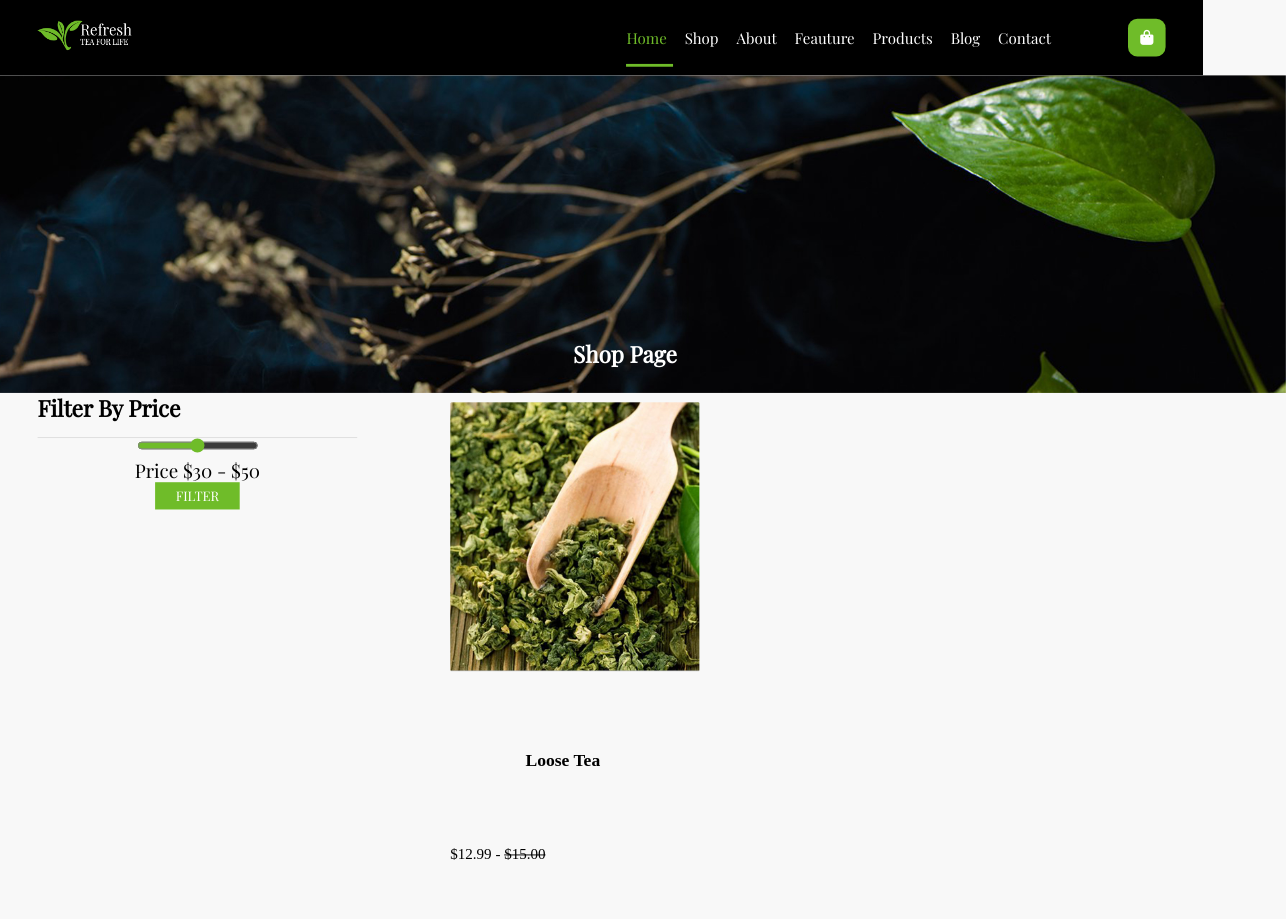
Repository: 52hzwhaleblue/school_teashop
Page: shop.html
An editor plug-in stored every save of this project. The page is shown before and after the next save, followed by the edit.
The browser window is 1280 px wide. The page is 1368 px wide, so the pictures cover 1368 px, including what lies to the right of the window. The pictures show the whole page, at 94% of full size.
Some web libraries are served in a nearby version.

Above is the page before, as saved 2022-04-27 21:26:52.

### shop.html
<!DOCTYPE html>
<html lang="en">

<head>
    <meta charset="UTF-8">
    <meta http-equiv="X-UA-Compatible" content="IE=edge">
    <meta name="viewport" content="width=device-width, initial-scale=1.0">

    <!-- Style CSS -->
    <link rel="stylesheet" href="./style.css" stylesheet="text/style.css" />

    <!-- googel fonts -->
    <link rel="preconnect" href="https://fonts.googleapis.com" />
    <link rel="preconnect" href="https://fonts.gstatic.com" crossorigin />
    <link href="https://fonts.googleapis.com/css2?family=Playfair+Display&display=swap" rel="stylesheet" />

    <!-- cdn -->
    <link rel="stylesheet" href="https://cdnjs.cloudflare.com/ajax/libs/font-awesome/6.1.1/css/all.min.css" integrity="sha512-KfkfwYDsLkIlwQp6LFnl8zNdLGxu9YAA1QvwINks4PhcElQSvqcyVLLD9aMhXd13uQjoXtEKNosOWaZqXgel0g==" crossorigin="anonymous" referrerpolicy="no-referrer"
    />

    <!-- App.js -->
    <script src="./app.js">
    </script>

    <title>Shop</title>
</head>

<body>
    <!-- header -->
    <div class="header-wrapper">
        <div class="center">
            <div class="row">
                <div class="logo">
                    <img src="./images/logo.png" alt="" />
                </div>

                <div class="menu">
                    <ul>
                        <li class="active"><a href="#">Home</a></li>
                        <li><a href="#">Shop</a></li>
                        <li><a href="#">About</a></li>
                        <li><a href="#">Feauture</a></li>
                        <li><a href="#">Products</a></li>
                        <li><a href="#">Blog</a></li>
                        <li><a href="#">Contact</a></li>
                    </ul>
                </div>

                <div class="cart">
                    <i class="fa-solid fa-bag-shopping"></i>
                </div>
            </div>
        </div>
    </div>

    <!-- silder -->
    <div class="slider-wrapper">
        <div class="slider-img">
            <img src="./images/shop-slide.jpg" alt="" />

            <div class="center">
                <div class="shop-slide-content">
                    <h2 class="heading">Shop Page</h2>
                </div>
            </div>
        </div>
    </div>


    <div class="shop-page-wrapper">
        <div class="center">
            <div class="box-shop-page">
                <!-- filter by price -->
                <div class="price-filter-wrapper">
                    <div class="box-price-filter">
                        <h4>filter by price</h4>
                        <div class="price-range-bar">
                            <form class="multi-range-field my-5 pb-5">
                                <input id="multi3" class="multi-range" type="range" />
                            </form>

                            <div class="price-range">
                                <span>Price</span>
                                <span> $30 </span> -
                                <span> $50 </span>
                            </div>

                            <div class="filter-btn">
                                <p>filter</p>
                            </div>
                        </div>
                    </div>
                </div>

                <!-- shop-product -->
                <div class="shop-product-wrapper">
                   <div class="row">
                       <div class="col-1">
                           <img src="images/product-1.jpg">
                           <h3 class="title">Loose Tea</h3>
                           <p>$12.99 - <del>$15.00</del></p>
                       </div>
                   </div>
                </div>
            </div>

        </div>
    </div>

</body>

</html>

### style.css
* {
    padding: 0;
    margin: 0;
}

body {
    background-color: #f8f8f8;
}


/* header */

.header-wrapper {
    margin: 0 auto;
    background-color: #000000;
    position: sticky;
    top: 0;
    z-index: 1;
}

.center {
    width: 1200px;
    margin: 0 auto;
}

.header-wrapper .row {
    display: flex;
    justify-content: space-between;
    align-items: center;
    padding: 20px 0;
}


/* logo */

.logo {
    width: 50.0450045005%;
}

.logo img {
    width: 100px;
}


/* menu */

.menu {
    width: 42.304230423%;
}

.menu ul li.active a {
    color: #6fbc29;
}

.menu ul li {
    display: inline-block;
    padding-right: 15px;
    position: relative;
}

.menu ul li:after {
    content: " ";
    width: 50px;
    border-bottom: 3px #6fbc29 solid;
    /* background-color: #6fbc29; */
    left: 0;
    bottom: -20px;
    position: absolute;
}

.menu ul li:not(.active):after {
    content: " ";
    width: 50px;
    border-bottom: 3px #6fbc29 solid;
    left: 0;
    bottom: -30px;
    position: absolute;
    opacity: 0;
    transition: 0.5s;
}

.menu ul li:hover:after {
    bottom: -20px;
    opacity: 1;
}

.menu ul li:hover a {
    color: #6fbc29;
}

.menu ul li a {
    text-decoration: none;
    color: #fff;
    font-family: "Playfair Display", serif;
}


/* cart */

.cart {
    width: 40px;
    height: 40px;
    border-radius: 25%;
    background-color: #6fbc29;
    display: flex;
    justify-content: center;
    align-items: center;
}

.cart i {
    color: #fff;
}


/* silder */

.slider-wrapper {
    width: 1368px;
    margin: 0 auto;
    overflow: hidden;
}

.slider-img {
    display: flex;

}

.slider-img img {
    max-width: 1368px;
}
.slider-img input{
    display: none;
}
.navigation-manual{
    position: absolute;
    width: 1500px;
    margin-top: -40px;
    display: flex;
    justify-content: center;
}
.manual-btn {
    border: 1px solid #fff;
    padding: 4px;
    border-radius: 5px;
    cursor: pointer;
    transition: 1s;
}
.manual-btn:not(:last-child){
    margin-right: 8px;
}
.manual-btn:hover{
    background: #6FBC29;
}
#radio1:checked ~ .img{
    margin-left: 0;
}
#radio2:checked ~ .img{
    margin-left: -20;
}
#radio3:checked ~ .img{
    margin-left: -40;
}


.slider-wrapper .home-slide-content {
    width: 446px;
    position: absolute;
    top: 20%;
    left: calc((100% - 1200px) / 2);
}

.slider-wrapper .shop-slide-content {
    width: 446px;
    position: absolute;
    top: 50%;
    left: calc(100% /2.1);
}

.home-slide-content .heading {
    text-transform: uppercase;
    font-family: "Playfair Display";
    font-size: 16px;
    color: #fff;
}

.shop-slide-content .heading {
    text-transform: capitalize;
    font-family: "Playfair Display";
    /* font-size: 50px; */
    color: #fff;
}

.home-slide-content .subHeading {
    text-transform: capitalize;
    font-family: "Playfair Display";
    font-size: 50px;
    padding: 26px 0 50px 0;
    color: #fff;
}

.home-slide-content .subHeading span {
    color: #6fbc29;
    text-transform: capitalize;
    font-size: 50px;
}

.home-slide-content .slider-btn {
    width: 130px;
    /* height: 35px; */
    background-color: #6fbc29;
    display: flex;
    justify-content: center;
    align-items: center;
}

.slider-btn a {
    font-family: "Playfair Display";
    font-size: 14px;
    text-transform: uppercase;
    color: #fff;
    text-decoration: none;
    padding: 10px 0;
}


/* new product */

.product-wrapper {
    width: 1368px;
    margin: 0 auto;
    padding: 57px 0;
}

.title-main {
    padding-bottom: 52px;
}

.title-main h1 {
    font-family: "Playfair Display";
    font-size: 35px;
    text-transform: capitalize;
    color: #212529;
    text-align: center;
}

.title-main .icon {
    text-align: center;
    padding: 23px 0 18px 0;
}

.heading-icon .icon img {
    width: 100px;
}

.title-main .subTitle {
    width: 540px;
    margin: 0 auto;
}

.title-main .subTitle p {
    font-family: "Playfair Display";
    font-size: 14px;
    color: #212529;
    text-align: center;
}


/* product items */

.product-items {
    display: flex;
    flex-wrap: wrap;
    justify-content: space-between;
}

.product-items .item {
    /* width: calc(100% / 4); */
}

.product-items .item .img {
    position: relative;
}

.modal {
    position: absolute;
    width: 100%;
    height: 100%;
    bottom: 0;
    opacity: 0;
    background-color: #6fbc29;
    transition: 0.7s;
}

.modal-content h4 {
    font-family: "Playfair Display", serif;
    color: #fff;
    text-align: center;
    text-transform: capitalize;
}

.modal-content {
    padding: 48px;
}

.modal-content p {
    font-size: 14px;
    font-family: "Playfair Display", serif;
    color: #fff;
    text-align: center;
    padding: 20px 0;
}

.readmore-btn {
    width: 130px;
    background-color: #fff;
    border: 1px #fff solid;
    padding: 5px 0;
    margin: 0 auto;
    text-align: center;
}

.readmore-btn a {
    text-decoration: none;
    color: #6fbc29;
    font-size: 14px;
    font-family: "Playfair Display", serif;
    text-transform: uppercase;
}

.readmore-btn:hover {
    background-color: transparent;
}

.readmore-btn:hover a {
    text-decoration: none;
    color: #fff;
    font-size: 14px;
    font-family: "Playfair Display", serif;
    text-transform: uppercase;
}

.product-items .img:hover .modal {
    top: 0;
    opacity: 0.8;
}

.product-btn {
    display: flex;
    justify-content: center;
}

.btn-left,
.btn-right {
    border-radius: 50%;
    width: 30px;
    height: 30px;
    background-color: #6fbc29;
    margin: 0 10px;
    display: flex;
    align-items: center;
    justify-content: center;
    color: #fff;
    margin-top: 35px;
}

.btn-left:hover,
.btn-right:hover {
    border-radius: 50%;
    width: 30px;
    height: 30px;
    background-color: #fff;
    margin: 0 10px;
    display: flex;
    align-items: center;
    justify-content: center;
    color: #6fbc29;
    margin-top: 35px;
}


/* information */

.information {
    width: 1368px;
    margin: 0 auto;
    background-color: #f8f8f8;
    display: flex;
    justify-content: space-between;
}

.info-img img {
    max-width: 730px;
}

.info-content {
    width: 37.6461988304%;
    padding: 85px 0 125px 30px;
}

.info-content h2 {
    font-size: 35px;
    font-family: "Playfair Display", serif;
}

.info-content p {
    font-size: 14px;
    font-family: "Playfair Display", serif;
    margin: 10px 0;
}

.information .readmore-info-btn {
    width: 130px;
    background-color: #6fbc29;
    padding: 5px 0;
    text-align: center;
}

.information .readmore-info-btn a {
    text-decoration: none;
    color: #fff;
    font-size: 14px;
    font-family: "Playfair Display", serif;
    text-transform: uppercase;
}

.information .readmore-info-btn:hover {
    background-color: #fff;
}

.information .readmore-info-btn:hover a {
    text-decoration: none;
    color: #6fbc29;
    font-size: 14px;
    font-family: "Playfair Display", serif;
    text-transform: uppercase;
}

.criteria-wrapper {
    width: 100%;
    height: 368px;
}

.criteria-items {
    max-width: 1368px;
    display: flex;
    justify-content: center;
}

.criteria-items .item {
    padding: 0 10px;
    box-sizing: border-box;
}


/* featured product */

.featured-product-wrapper {}

.featured-product-items {
    display: flex;
    justify-content: space-between;
    flex-wrap: wrap;
    margin-bottom: 50px;
}

.featured-product-items .item {
    width: calc(100% / 3);
}

.featured-product-items .item .img {
    position: relative;
}

.featured-product-items .img .modal {
    border-radius: 50%;
}

.featured-product-items .img:hover .modal {
    top: 0;
    opacity: 0.8;
    width: 92.5%;
}

.featured-product-items .item .title {
    text-align: center;
    font-family: "Playfair Display";
    font-weight: 600;
    font-size: 20px;
}

.featured-product-items .item .description {
    text-align: center;
    font-family: "Playfair Display";
    font-size: 14px;
}

.featured-product-items .item img {
    border-radius: 50%;
}


/* Information Wrapper */

.info-wrapper {
    position: relative;
}

.info-wrapper img {
    height: 435px;
    width: 100%;
}

.info-heading {
    top: 0;
    width: 490px;
    margin: 55px 0;
    position: absolute;
}

.info-heading .title {
    font-family: "Playfair Display";
    font-size: 35px;
    font-weight: 600;
}

.info-heading .subTitle {
    font-family: "Playfair Display";
    font-size: 14px;
    margin: 25px 0 50px 0;
}

.readmore-info-btn {
    width: 130px;
    background-color: #6fbc29;
    border: 1px #fff solid;
    padding: 5px 0;
    /* margin: 0 auto; */
    text-align: center;
}

.readmore-info-btn a {
    text-decoration: none;
    color: #fff;
    font-size: 14px;
    font-family: "Playfair Display", serif;
    text-transform: uppercase;
}

.readmore-info-btn:hover {
    background-color: #fff;
}

.readmore-info-btn:hover a {
    text-decoration: none;
    color: #6fbc29;
    font-size: 14px;
    font-family: "Playfair Display", serif;
    text-transform: uppercase;
}


/* video */

.video-wrapper {
    position: relative;
    display: flex;
    justify-content: center;
}

.bg-overlay {
    position: relative;
    z-index: 1;
}

.bg-overlay:after {
    background: #000 none repeat scroll 0 0;
    content: "";
    height: 100%;
    left: 0;
    opacity: 0.8;
    position: absolute;
    top: 0;
    width: 100%;
}

.video-wrapper .center {
    width: 1200px;
    margin: 0 auto;
    display: flex;
    justify-content: center;
}

.video-wrapper img {
    width: 100%;
}

.video-wrapper .title-main {
    top: 0;
    position: absolute;
    z-index: 2;
    margin-top: 55px;
}

.video-wrapper .title-main .title {
    color: #fff;
}

.video-wrapper .title-main .icon img {
    width: 200px;
}

.video-wrapper .title-main .subTitle p {
    color: #fff;
}

.box-video {
    /* width: 890px;
    height: 442px; */
    bottom: 25%;
    z-index: 1;
    position: absolute;
}


/* Shop Page */

.box-shop-page {
    display: flex;
    justify-content: space-between;
}

.price-filter-wrapper {
    width: 28.3333333333%;
}

.box-price-filter h4 {
    font-family: "Playfair Display", serif;
    font-size: 24px;
    text-transform: capitalize;
    border-bottom: 1px #dedede solid;
    padding-bottom: 15px;
}

.shop-product-wrapper {
    width: 56.8333333333%;
}


/* Price Range Input */

#multi3 {
    accent-color: #6FBC29;
}

.price-range-bar {
    text-align: center;
}

.price-range {
    font-family: "Playfair Display", serif;
    font-size: 20px;
}

.filter-btn {
    width: 90px;
    height: 35px;
    margin: 0 auto;
}

.filter-btn:hover {
    width: 90px;
    height: 35px;
    margin: 0 auto;
}

.filter-btn p {
    font-family: "Playfair Display", serif;
    font-size: 14px;
    color: #fff;
    text-transform: uppercase;
    background-color: #6fbc29;
    padding: 5px 20px;
}

.filter-btn p:hover {
    font-family: "Playfair Display", serif;
    font-size: 14px;
    color: #6fbc29;
    text-transform: uppercase;
    background-color: #fff;
    padding: 5px 20px;
    border: 1px #6fbc29 solid;
}
/* ----Product---- */
.shop-product-wrapper{
    max-width: 1080px;
    margin: auto;
    padding-left: 25px;
    padding-right: 25px;
}
.col-1{
    flex-basis: 25%;
    padding: 10px;
    min-width: 200px;
    margin-bottom: 50px;
}
.col-1 img{
    width: 40%;

}
.title{
    margin: 80px
}

### app.js
/* $('#multi3').mdbRange({
    width: '100%',
    single: {
        active: true,
        multi: {
            active: true,
            rangeLength: 2
        },
    }
}); */

After the next save:
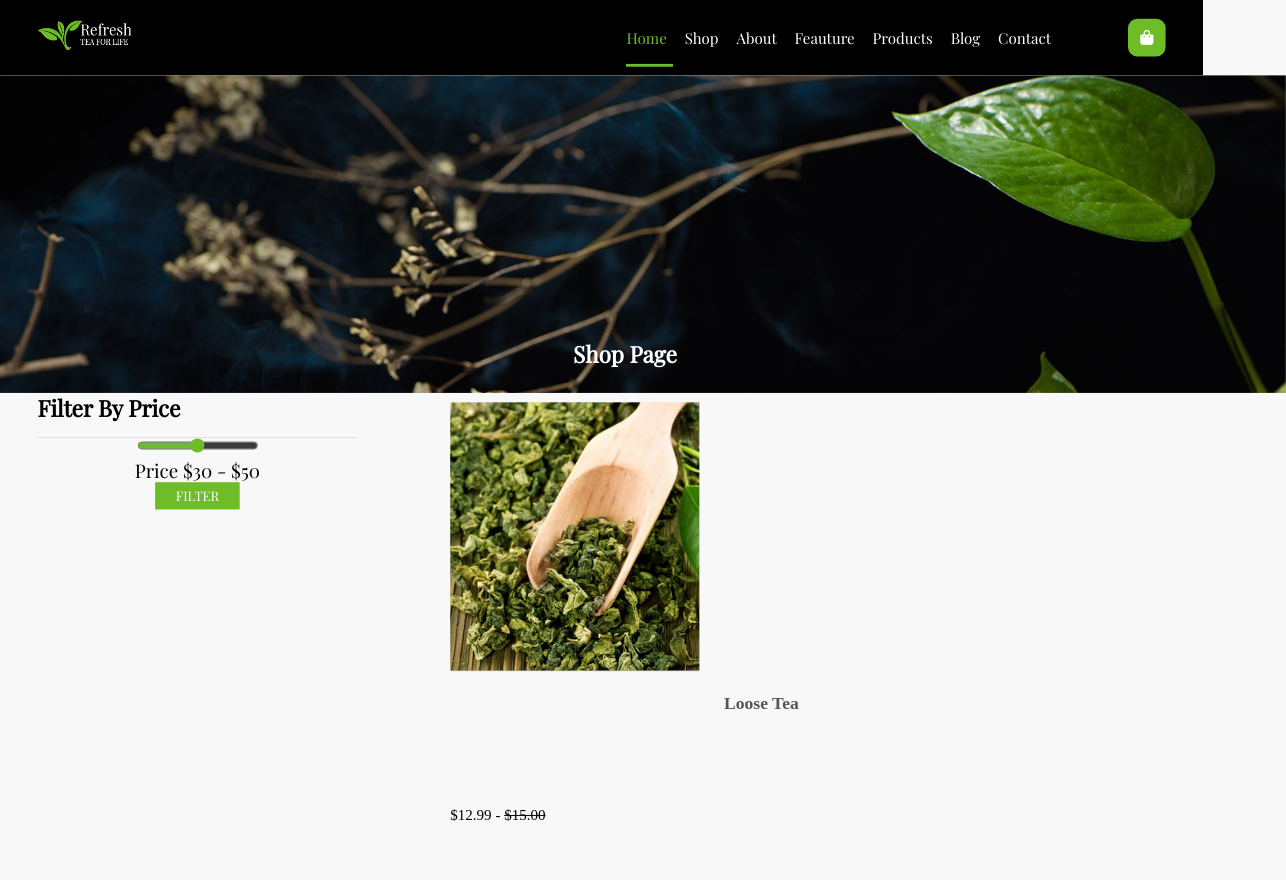
Saved 26 s later.
--- a/style.css
+++ b/style.css
@@ -709,5 +709,9 @@ body {
 
 }
 .title{
-    margin: 80px
-}
+    text-align: center;
+    margin: 0 auto 80px;
+    position: relative;
+    line-height: 60px;
+    color:#555;
+}
